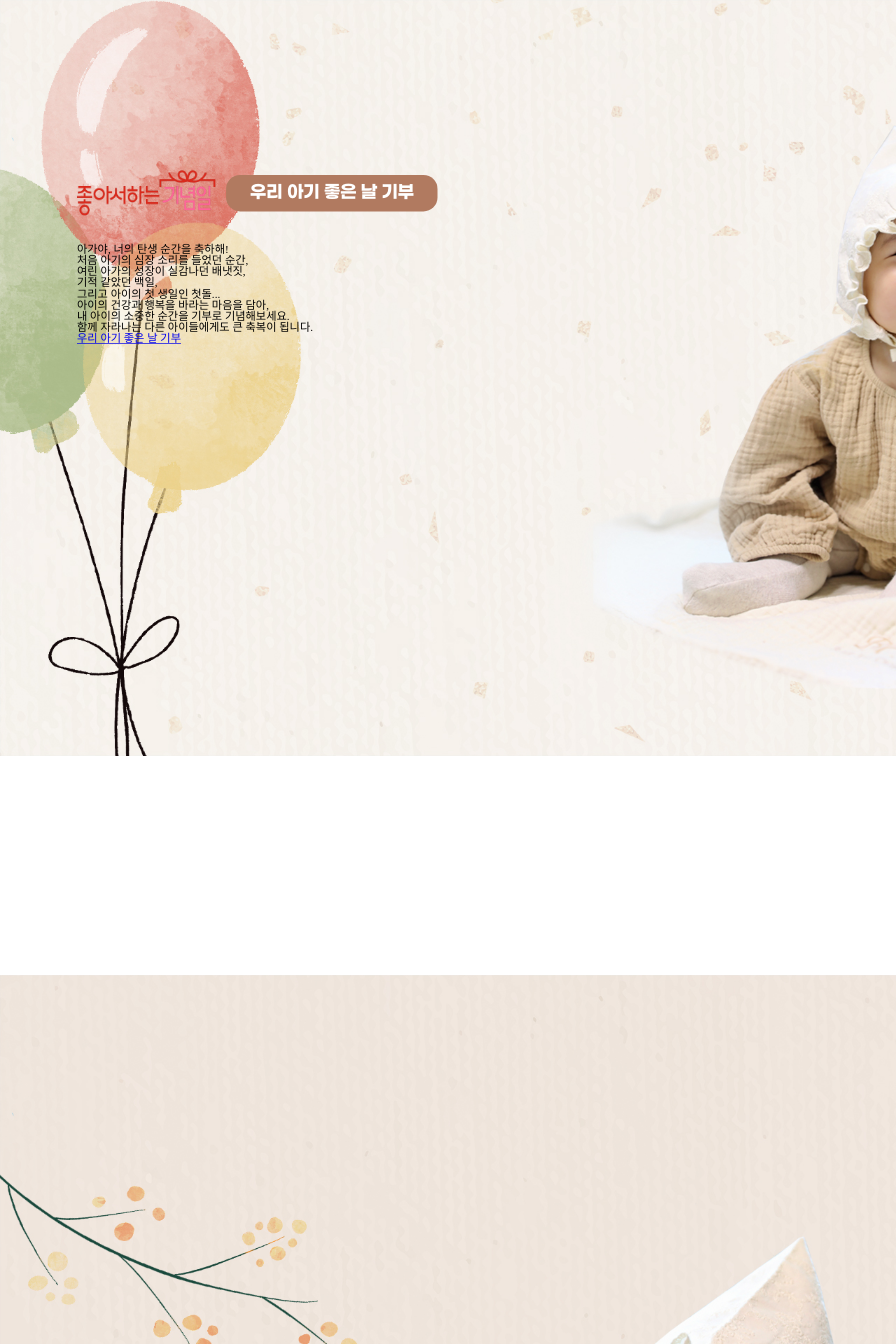
Repository: dlgywls1130/save_the_children
Page: index.html
The author's editor kept a copy of each file at every save. The page is drawn from the files as they stood at one save, then again after the next save.
The browser window is 1280 px wide. The pictures show the part of the page from y = 0 to 1920 px (the page is 5153 px tall), at 70% of full size.

Above is the page before, as saved 2023-12-12 20:48:10.

After the next save:
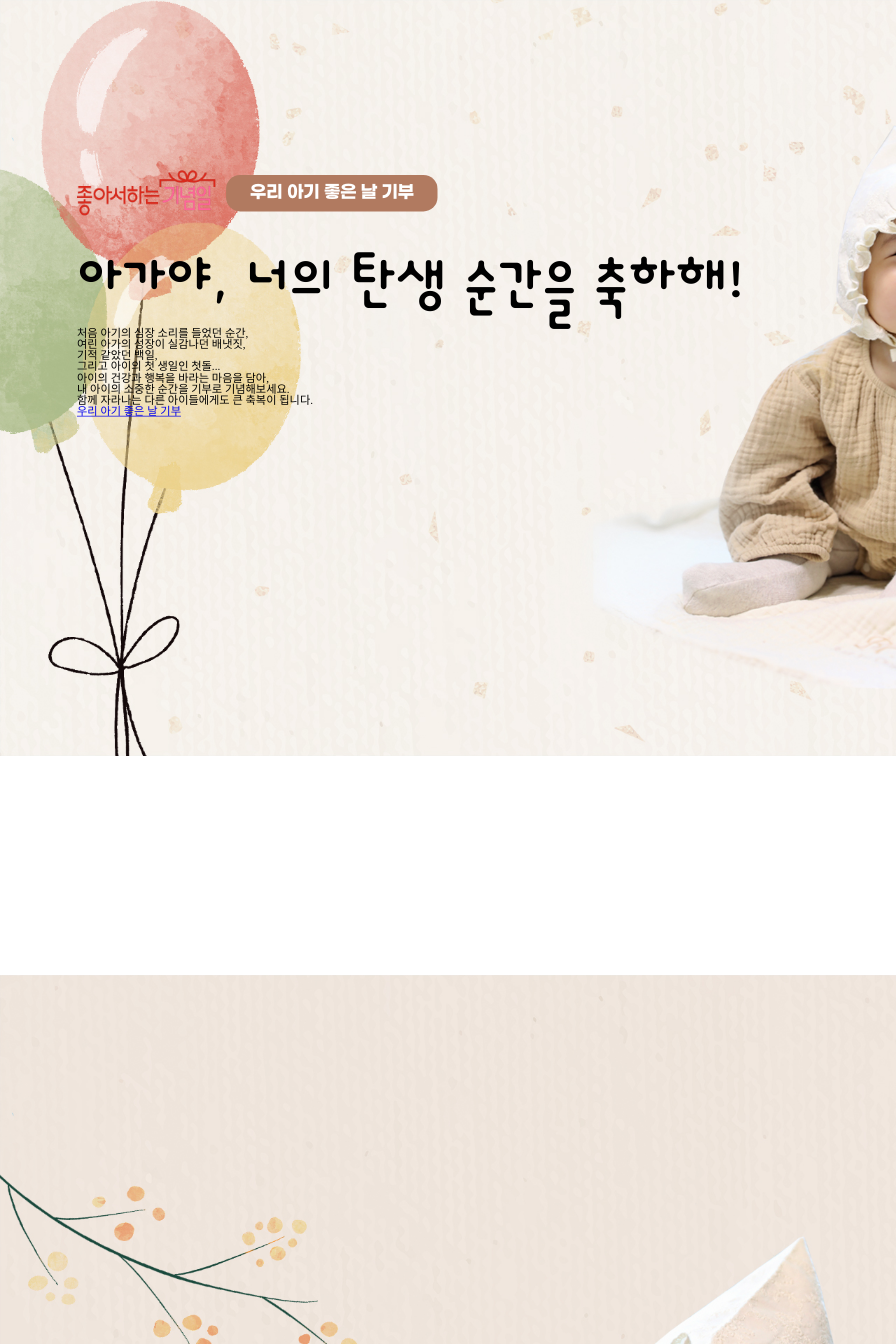
Saved 3 min 31 s later.
--- a/css/style.css
+++ b/css/style.css
@@ -143,6 +143,12 @@
     color: #fff;
 }
 
+.seo01_title{
+    font-family: 'Dongle',sans-serif;
+    font-weight: 500;
+    font-size: 120px;
+}
+
 /* section02 */
 
 .section02{
